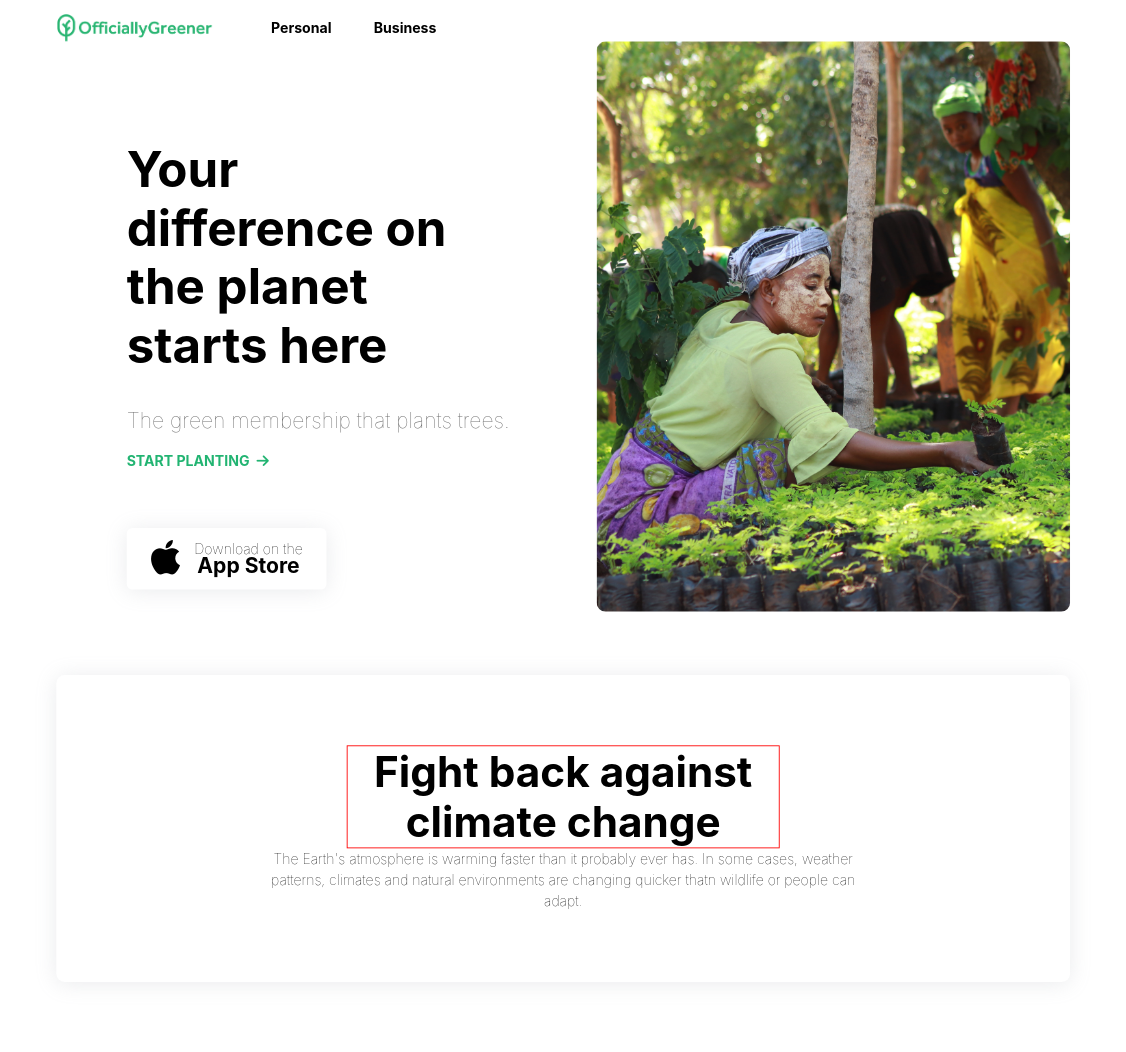
Repository: Sinkycode/Officially-Greener-v2
Page: index.html
The author's editor kept a copy of each file at every save. The page is drawn from the files as they stood at one save, then again after the next save.
The browser window is 1280 px wide. The pictures show the whole page, at 88% of full size.
Some web libraries are served in a nearby version.

Above is the page before, as saved 2023-03-08 16:45:11.

After the next save:
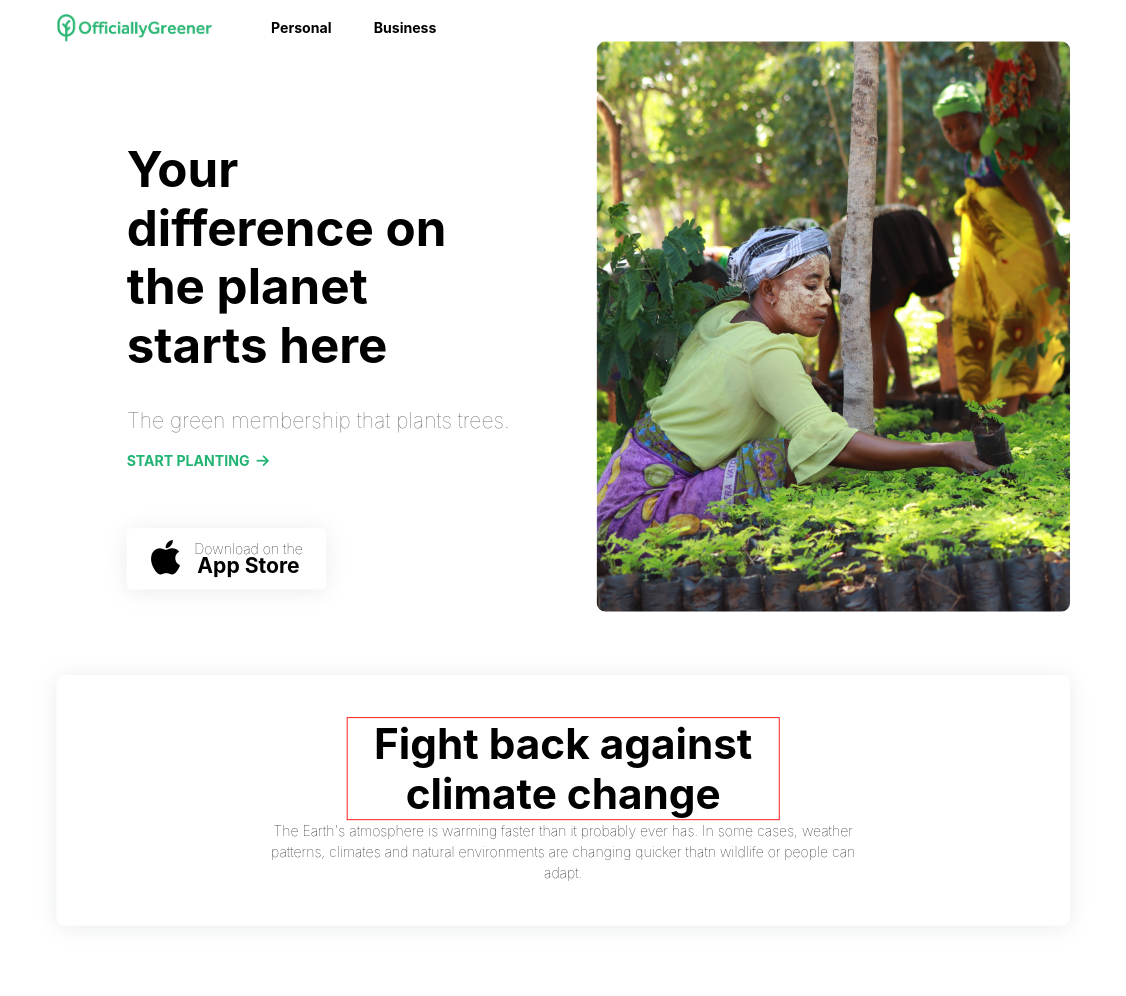
Saved 9 s later.
--- a/style.css
+++ b/style.css
@@ -219,7 +219,7 @@
   background: var(--neutral-100);
   border-radius: var(--box-radius-lx);
   box-shadow: var(--box-shadow);
-  padding-block: 5rem;
+  padding-block: 3rem;
   padding-inline: 14rem;
   display: flex;
   flex-direction: column;
